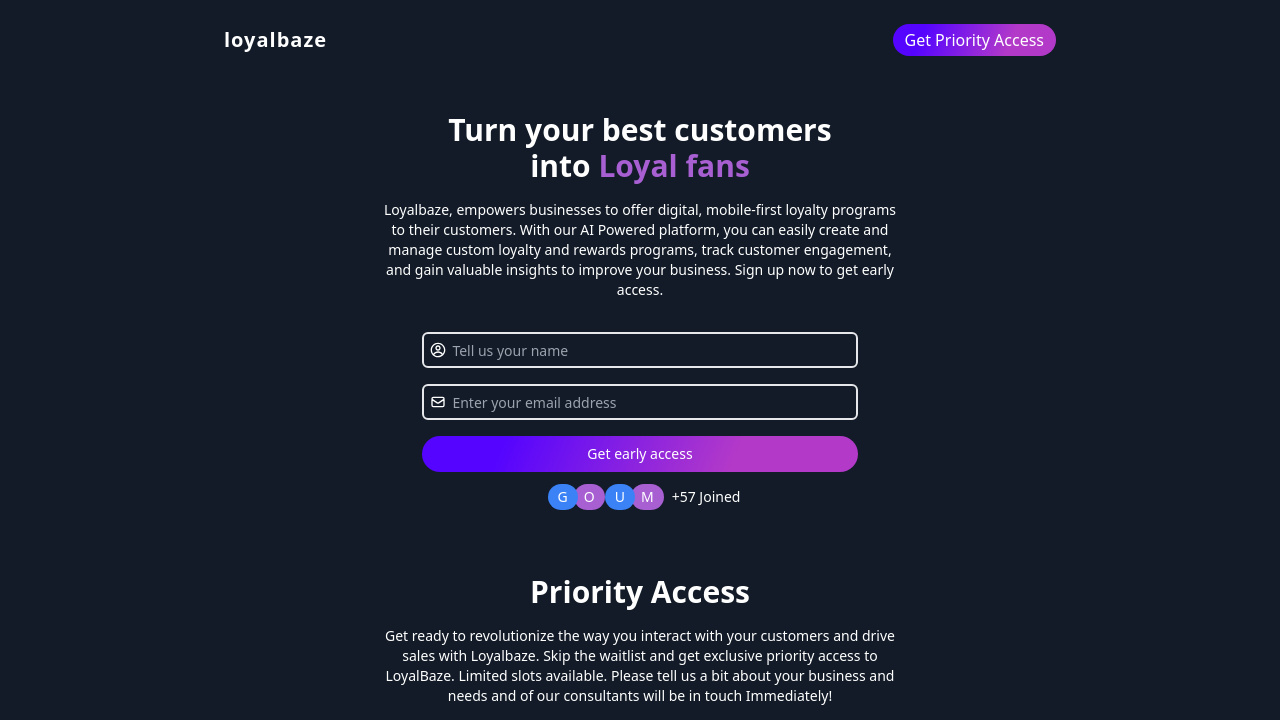
Repository: Jerified/loyalbaze
Page: /
An editor plug-in stored every save of this project. The page is shown before and after a run of saves, followed by the edit.
The browser window is 1280 px wide. The pictures show the whole page.
The project was rebuilt for these pictures with package versions that can differ from the ones it lists, and the page was loaded fresh each time. The framework's server and built-in components were replaced by stand-ins that run in the browser. Also part of the build but not shown: next.config.js.

Above is the page before, as saved 2023-02-11 07:39:44.

After the next 3 saves:
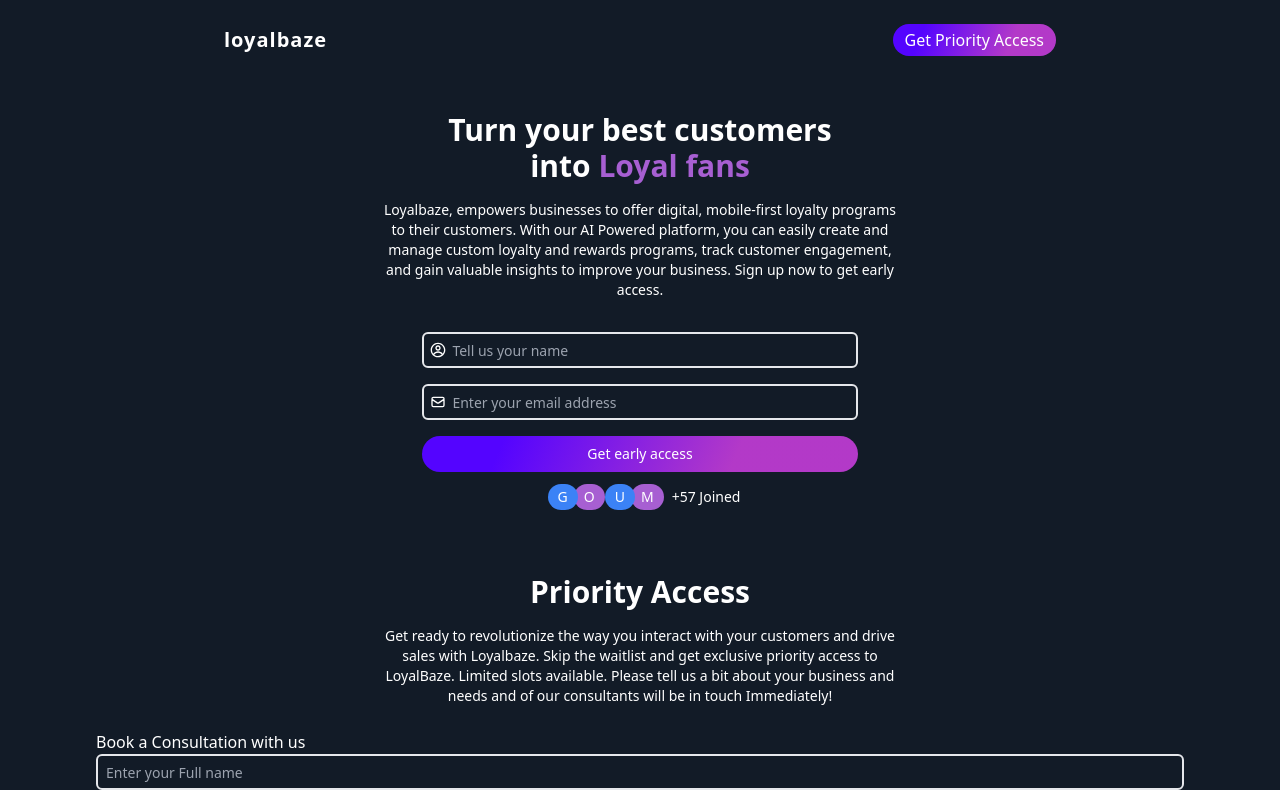
The 3 saves are shown as one change because 1 did not build or start and some came seconds apart.
The last was saved 20 s later.
--- a/src/components/Form.tsx
+++ b/src/components/Form.tsx
@@ -14,7 +14,16 @@ const Form = () => {
             be in touch Immediately!
           </p>
         </div>
-
+        <form action="" className="pt-6">
+          <p className="">Book a Consultation with us</p>
+          <div className=" flex flex-col gap-4">
+            <input
+              type="text"
+              className="bg-inherit border-2 w-full rounded-md py-1 px-2 pl-2 placeholder:text-[14px]"
+              placeholder="Enter your Full name"
+            />
+            </div>
+        </form>
       </main>
     </>
   );
